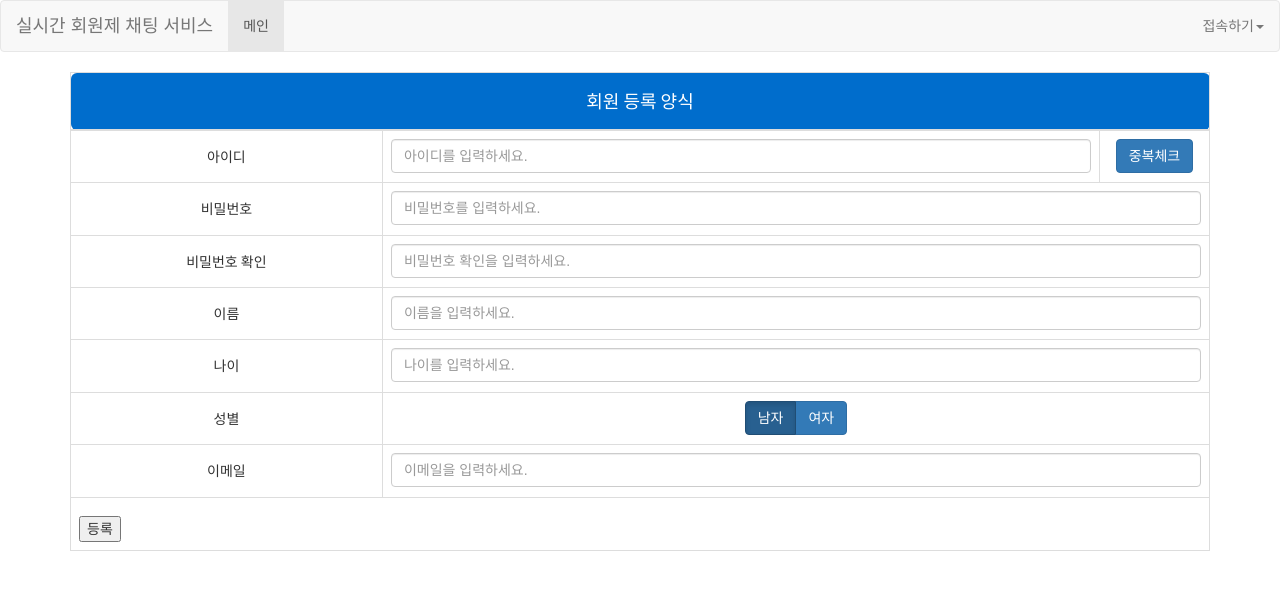
Repository: pojh5090/membership
Page: http://localhost/UserChat/join.jsp
An editor plug-in stored every save of this project. The page is shown before and after the next save, followed by the edit.
The browser window is 1280 px wide. The pictures show the whole page.
Some web fonts or font styles are not loaded; a fallback is used. Some web libraries are served in a nearby version. The page is served by Tomcat 9.

Above is the page before, as saved 2020-03-26 06:42:25.

After the next save:
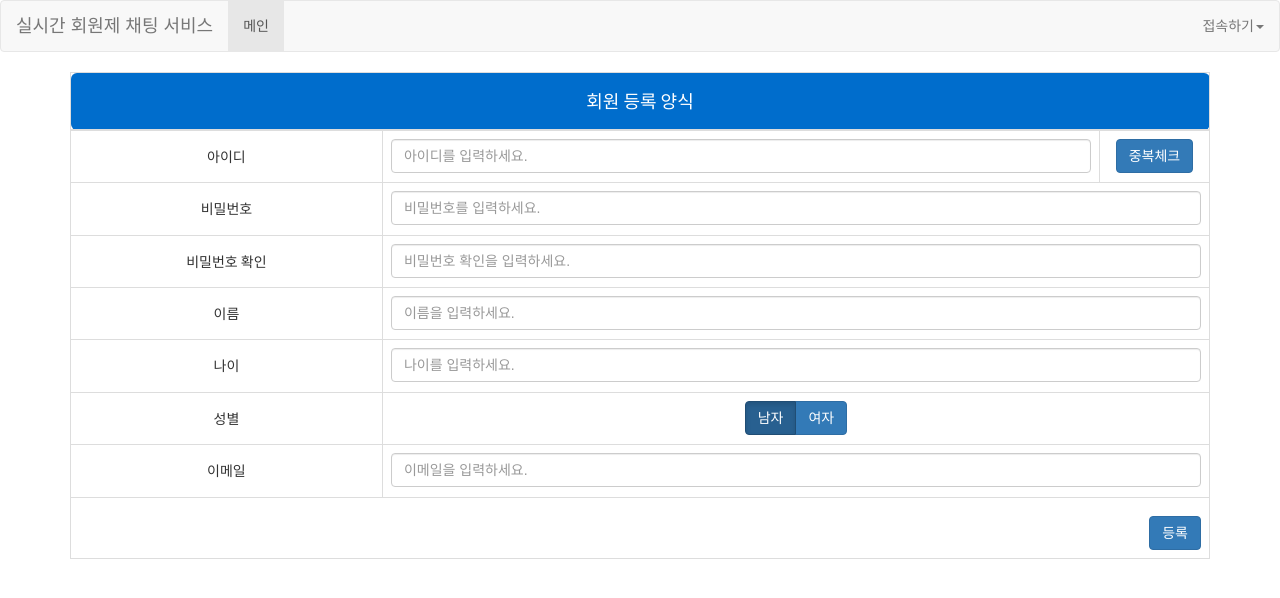
Saved 27 s later.
--- a/UserChat/WebContent/join.jsp
+++ b/UserChat/WebContent/join.jsp
@@ -143,7 +143,7 @@
 							<td colspan="2"><input class="form-control" id="userEmail" type="email" name="userEmail" maxlength="20" placeholder="이메일을 입력하세요."></td>
 						</tr>
 						<tr>
-							<td style="text-align: left;" colspan="3"><h5 style="color: red;" id="passwordCheckMessage"></h5><input clss="btn btn-primary pull-right" type="submit" value="등록"></td>
+							<td style="text-align: left;" colspan="3"><h5 style="color: red;" id="passwordCheckMessage"></h5><input class="btn btn-primary pull-right" type="submit" value="등록"></td>
 						</tr>
 					</tbody>
 				</table>
